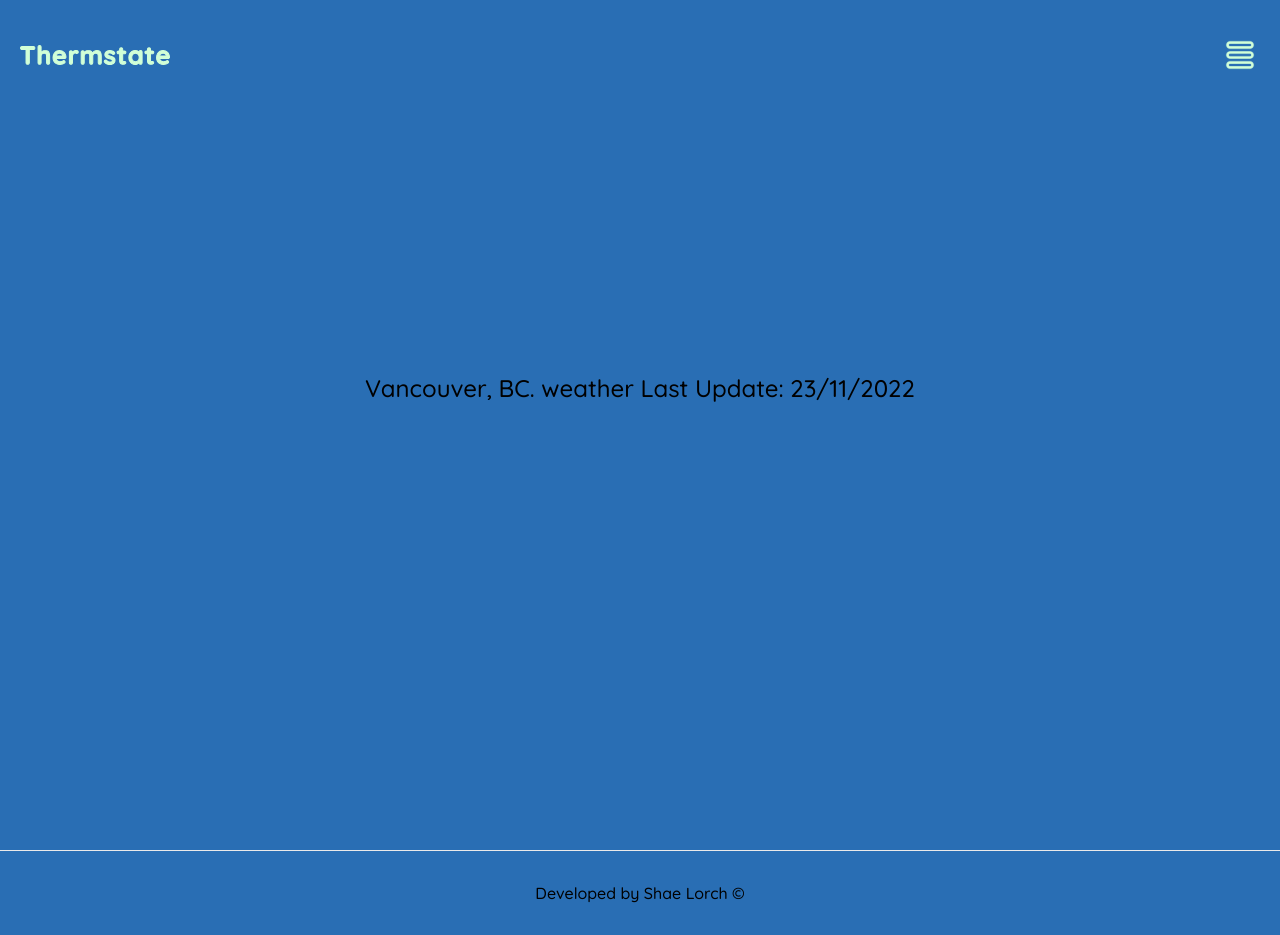
Repository: shaelorch/assessment2-DCD
Page: /
The author's editor kept a copy of each file at every save. The page is drawn from the files as they stood at one save, then again after the next save.
The browser window is 1280 px wide. The pictures show the whole page.
Some web fonts or font styles are not loaded; a fallback is used. The project was rebuilt for these pictures with package versions that can differ from the ones it lists, and the page was loaded fresh each time. The framework's server and built-in components were replaced by stand-ins that run in the browser. Also part of the build but not shown: next.config.js, comps/weatherCard.js.

Above is the page before, as saved 2023-02-23 17:39:50.

After the next save:
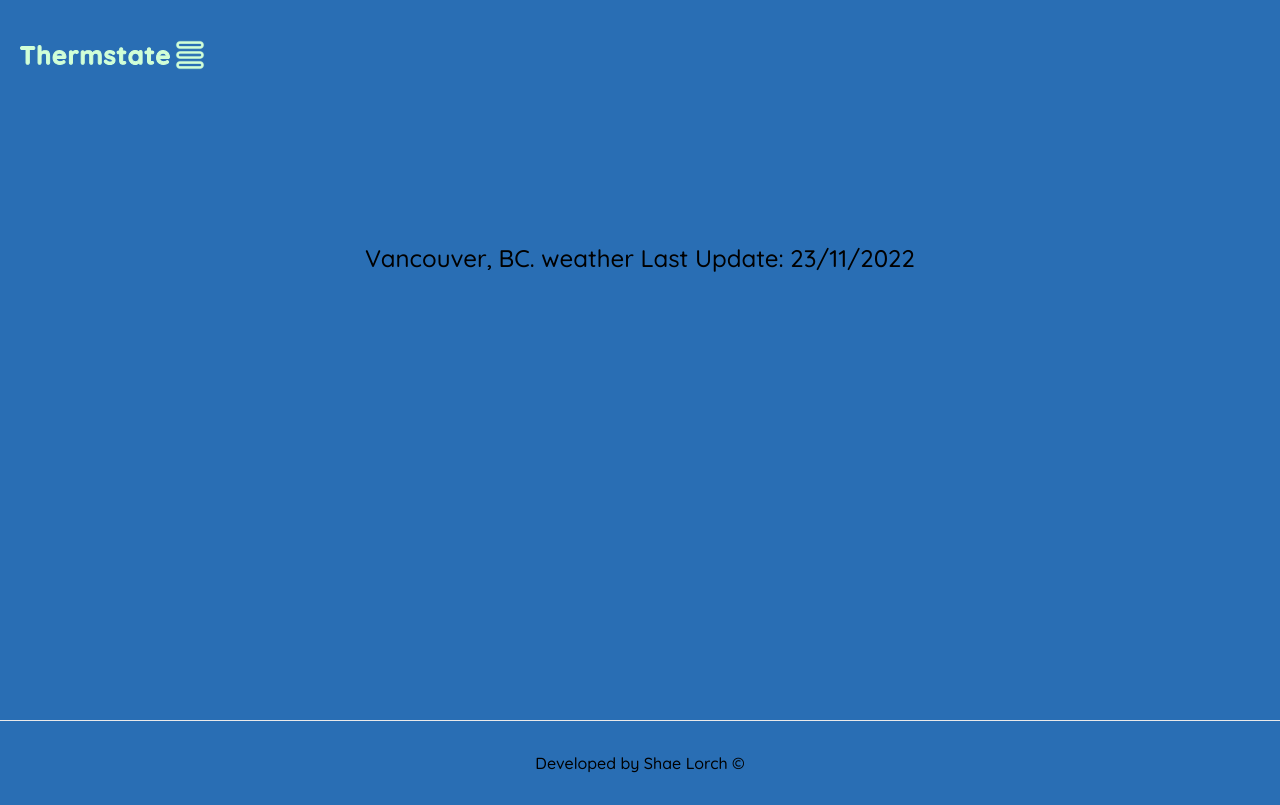
Saved 33 s later.
--- a/pages/index.js
+++ b/pages/index.js
@@ -131,7 +131,10 @@
       <Head>
 
       </Head>
-      <NavBar/>
+      <div style={{position:'fixed'}}>
+        <NavBar />
+      </div>
+
 
       <main className={styles.main}>
         <div className={styles.description}>

After the save that followed:
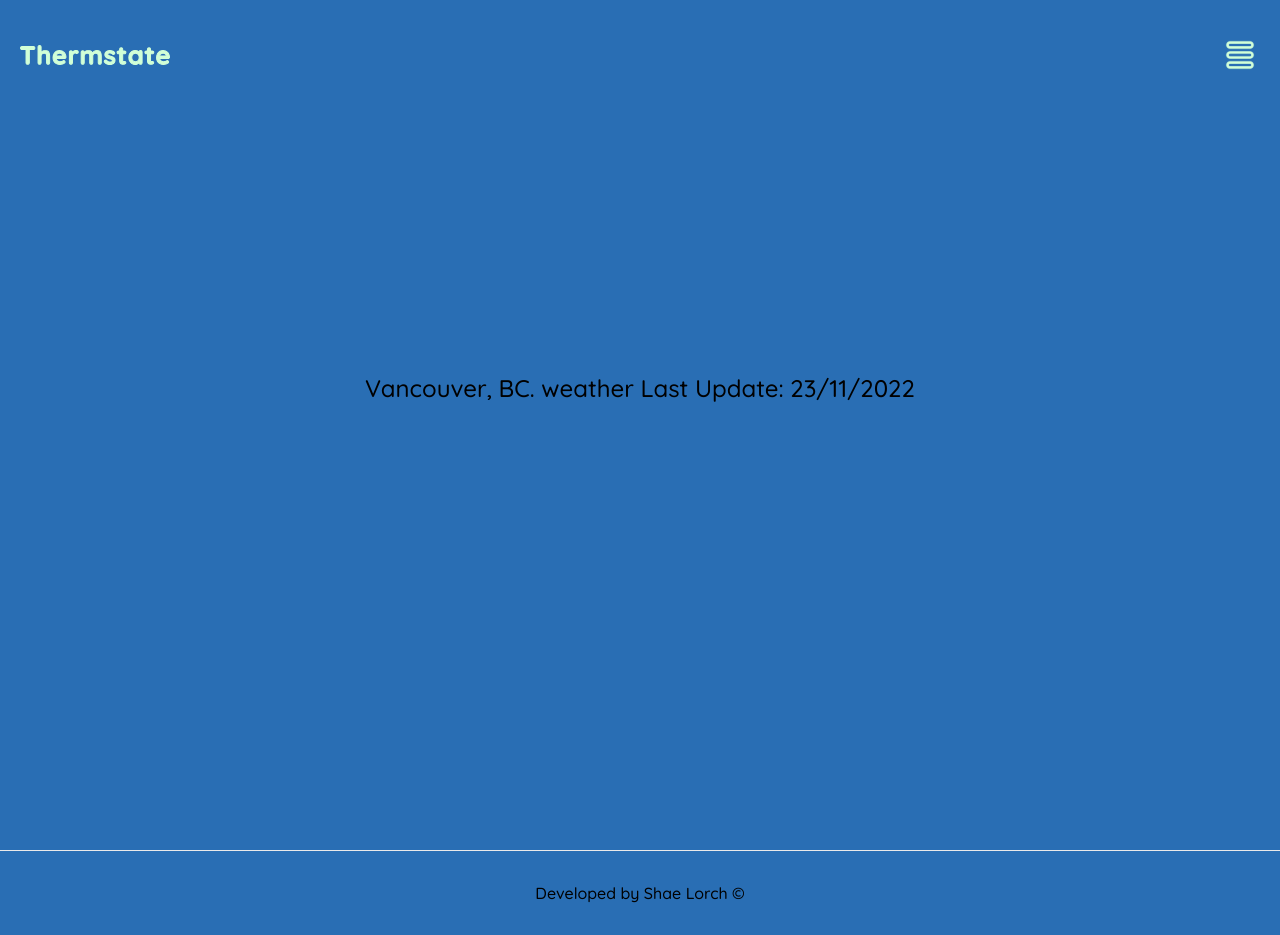
Saved 5 s later.
--- a/pages/index.js
+++ b/pages/index.js
@@ -131,9 +131,9 @@
       <Head>
 
       </Head>
-      <div style={{position:'fixed'}}>
+
         <NavBar />
-      </div>
+
 
 
       <main className={styles.main}>
